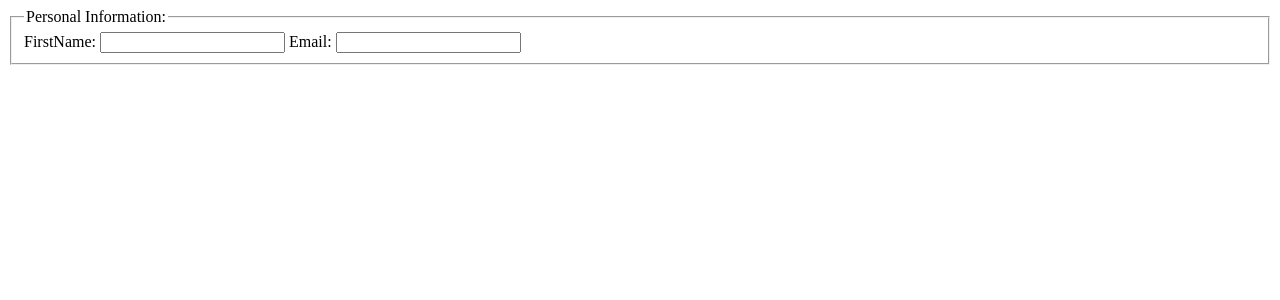
Repository: Femi007-gh/Legend
Page: index.html
An editor plug-in stored every save of this project. The page is shown before and after a run of saves, followed by the edit.
The browser window is 1280 px wide. The pictures show the whole page.

Above is the page before, as saved 2025-04-04 10:07:51.

After the next 3 saves:
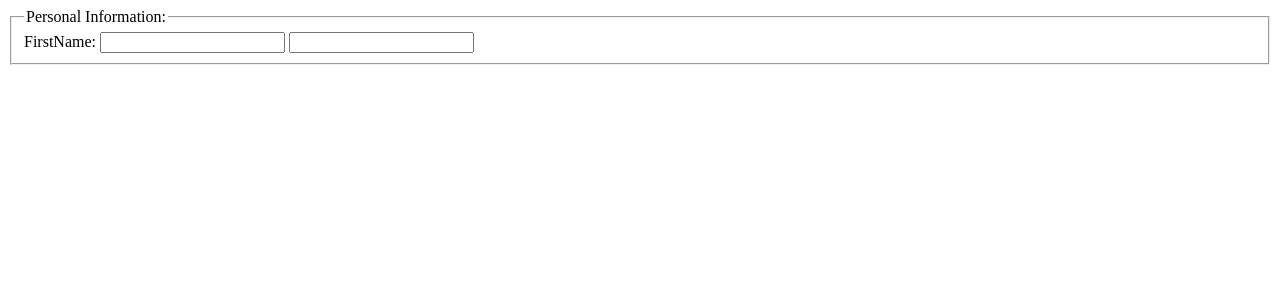
The 3 saves are shown as one change because they came seconds apart.
The last was saved 25 s later.
--- a/index.html
+++ b/index.html
@@ -10,7 +10,7 @@
         <input type="text" class="FN">
 
 
-        <label>Email:</label>
+        <label</label>
         <input type="email" id="email" name="email">
       </fieldset>
     </form>
